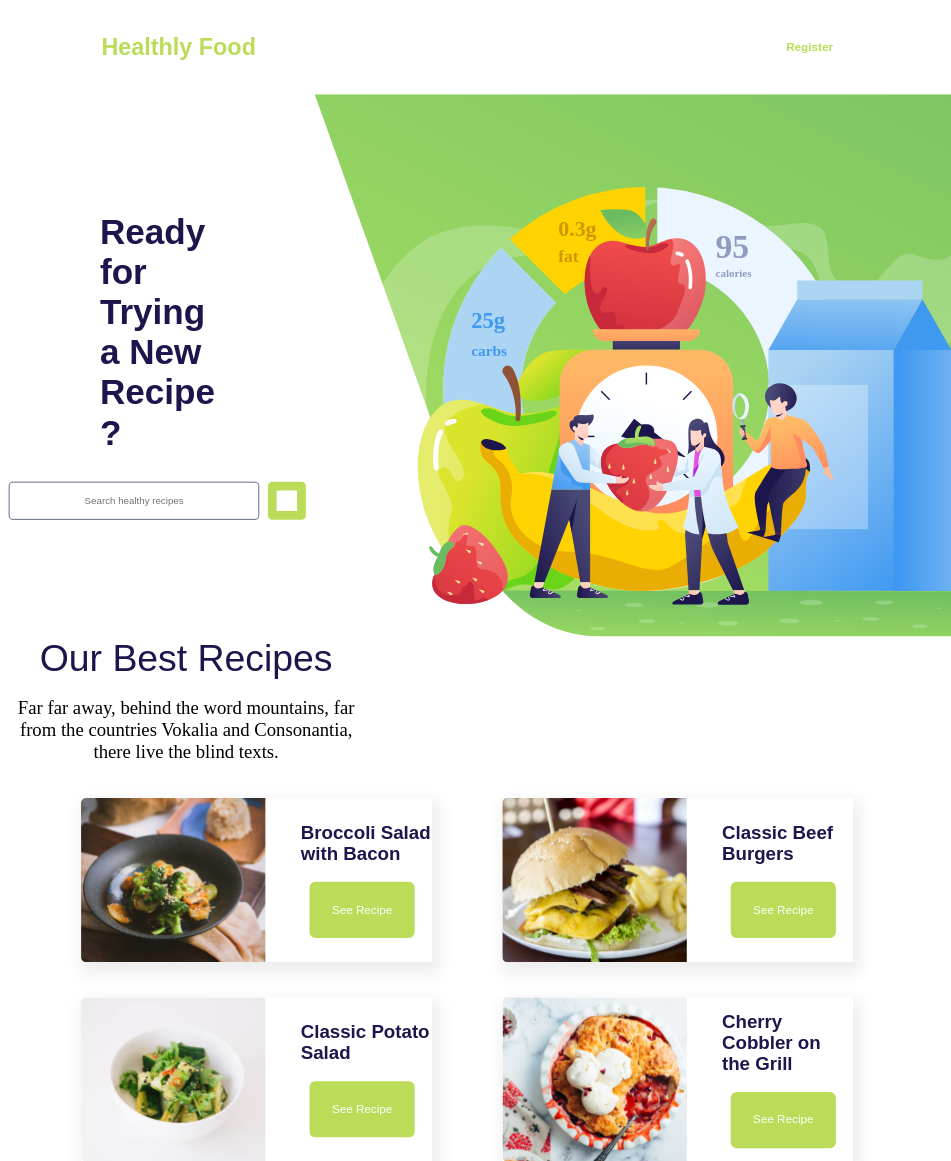
Repository: LuccaCasalecchi/HealthyFood
Page: /
An editor plug-in stored every save of this project. The page is shown before and after the next save, followed by the edit.
The browser window is 1280 px wide. The page is 1303 px wide, so the pictures cover 1303 px, including what lies to the right of the window. The pictures show the whole page, at 73% of full size.
The project was rebuilt for these pictures with package versions that can differ from the ones it lists, and the page was loaded fresh each time.

Above is the page before, as saved 2021-08-18 17:34:01.

### src/App.js
import React from 'react'
import LandingPage from './pages/LandingPage/LandingPage';

function App() {
  return (
    <div className="App">
      <LandingPage/>
    </div>
  );
}

export default App;

### src/pages/LandingPage/LandingPage.jsx
import React from "react";
import "./LandingPage.css";
import Recipes from "../../components/Recipes/Recipes";
import Main from "../../components/Main/Main";

export default function LandingPage() {
  return (
    <>
      <Main/>
      <Recipes/>
    </>
  );
}

### src/pages/LandingPage/LandingPage.css
* {
  margin: 0;
  padding: 0;
  box-sizing: border-box;
  font-family: sans-serif;
}

### src/components/Recipes/Recipes.jsx
import React from "react";
import Card from '../Card/Card'

import './Recipes.css'
import FoodOne from '../../images/comida_1.svg';
import FoodTwo from '../../images/comida_2.svg';
import FoodThree from '../../images/comida_3.svg';
import FoodFour from '../../images/comida_4.svg';

export default function Recipes() {
  return (
    <section className='recipes' id='recipes'>
      <div className='recipes__introduction'>
        <p className='introduction__title'>Our Best Recipes</p>
        <p className='introduction__description'>
          Far far away, behind the word mountains,
          far from the countries Vokalia and Consonantia,
          there live the blind texts.
        </p>
      </div>
      <div className='recipes__best'>
        <Card image={FoodOne} title='Broccoli Salad with Bacon'/>
        <Card image={FoodTwo} title='Classic Beef Burgers'/>
        <Card image={FoodThree} title='Classic Potato Salad'/>
        <Card image={FoodFour} title='Cherry Cobbler on the Grill'/>
      </div>
    </section>
  );
}

### src/components/Main/Main.jsx
import React from 'react'
import Input from '../Input/Input'
import Illustration from '../../images/Illustration.svg'
import Header from '../Header/Header'
import './Main.css'

export default function Main() {
  return (
    <div>
      <Header/>
      <div className="search-recipes">
        <div className="subtitle">
          <h2>Ready for<br />Trying a New<br />Recipe ?</h2>
          <div className="input-container">
          <Input/>
          </div>
        </div>
        <img src={Illustration} alt="" />
      </div>
    </div>
  )
}

### src/components/Card/Card.jsx
import React from 'react'
import './Card.css'

export default function Card({image, title}) {
  return (
    <div>
      <article className='recipe'>
      <img className='recipe__image' src={image} alt={title}/>
      <div className="recipe__informations">
        <p className='recipe__title'>{title}</p>
        <button className='recipe__button' to='/'>See Recipe</button>
      </div>
    </article>
    </div>
  )
}

### src/components/Recipes/Recipes.css
.recipes-container{
  background-color: blue;
  width: 100%;
  display: flex;
  flex-direction: column;
  align-items: center;
  margin-bottom: 6rem;
}

.recipes__introduction {
  max-width: 510px;
}

.introduction__title {
  margin-bottom: 1.5rem;

  color: #1D164D;
  font-family: sans-serif;
  font-size: 3.2rem;
  text-align: center;
}

.introduction__description {
  color: var(--color-text);
  font-family: 'Muli';
  font-size: 1.6rem;
  text-align: center;
}

.recipes__best {
  display: flex;
  flex-wrap: wrap;
  justify-content: center;
}

### src/components/Input/Input.jsx
import React from 'react'
import './Input.css'

export default function Input() {
  return (
    <div className="input-container">
      <input
      type="text"
      placeholder="Search healthy recipes"/>

      <button></button>
    </div>
  )
}

### src/components/Header/Header.jsx
import React from 'react'
import './Header.css'

export default function Header() {
  return (
    <div className="header-container">
        <a href="#" className="logo">Healthly Food</a>
        <a href="#" className="register">Register</a>
    </div>
  )
}

### src/components/Main/Main.css
.search-recipes {
  display: flex;
  justify-content: space-between;
  align-items: center;
}

.subtitle {
  display: flex;
  justify-content: center;
  align-items: center;
  flex-direction: column;
}

.subtitle h2 {
  font-size: 48px;
  color: #1d164d;
  text-align: left;
  padding: 0px 137px 40px;
}

### src/components/Card/Card.css
.recipe {
  display: flex;
  align-items: center;
  margin: 3rem 3rem 0 3rem;
  box-shadow: 5px 10px 20px 6px rgba(0,0,0,0.07);
}

.recipe__image {
  max-width: 253px;
  max-height: 225px;
}

.recipe__informations {
  max-width: 180px;
  display: flex;
  flex-direction: column;
  margin-left: 3rem;
}

.recipe__title {
  margin-bottom: 1.5rem;
  color: #1D164D;
  font-family: sans-serif;
  font-size: 1.6rem;
  font-weight: 700;
}

.recipe__button {
  width: 80%;
  height: 4.8rem;
  display: flex;
  justify-content: center;
  align-items: center;
  background: #BADC58;
  color: white;
  border-radius: .5rem;
  font-family: sans-serif;
  font-size: 1rem;
  text-decoration: none;
}

### src/components/Input/Input.css
.input-container{
  display: flex;
  justify-content: center;
  align-items: center;
  padding: 0px;
}

input{
  width: 343px;
  height: 52px;
  border-radius: 6px;
  border: 1px solid #2D3561;
  text-align: center;
}

button{
  width: 52px;
  height: 52px;
  background-color: white;
  border: 12px solid #BADC58;
  border-radius: 6px;
  padding: 0px 12px;
  margin-left: 12px;
}

### src/components/Header/Header.css
.header-container{
  display: flex;
  justify-content: space-between;
  align-items: center;
  padding: 46px 0;
}

.header-container a {
  text-decoration: none;
  color: #BADC58;
  font-weight: 700;
  padding: 0 139px;
}

.header-container .logo{
  font-size: 32px;

}

.header-container .register{
  font-size: 16px;

}

Loaded but not shown: public/index.html (common file); src/index.js (common file)

After the next save:
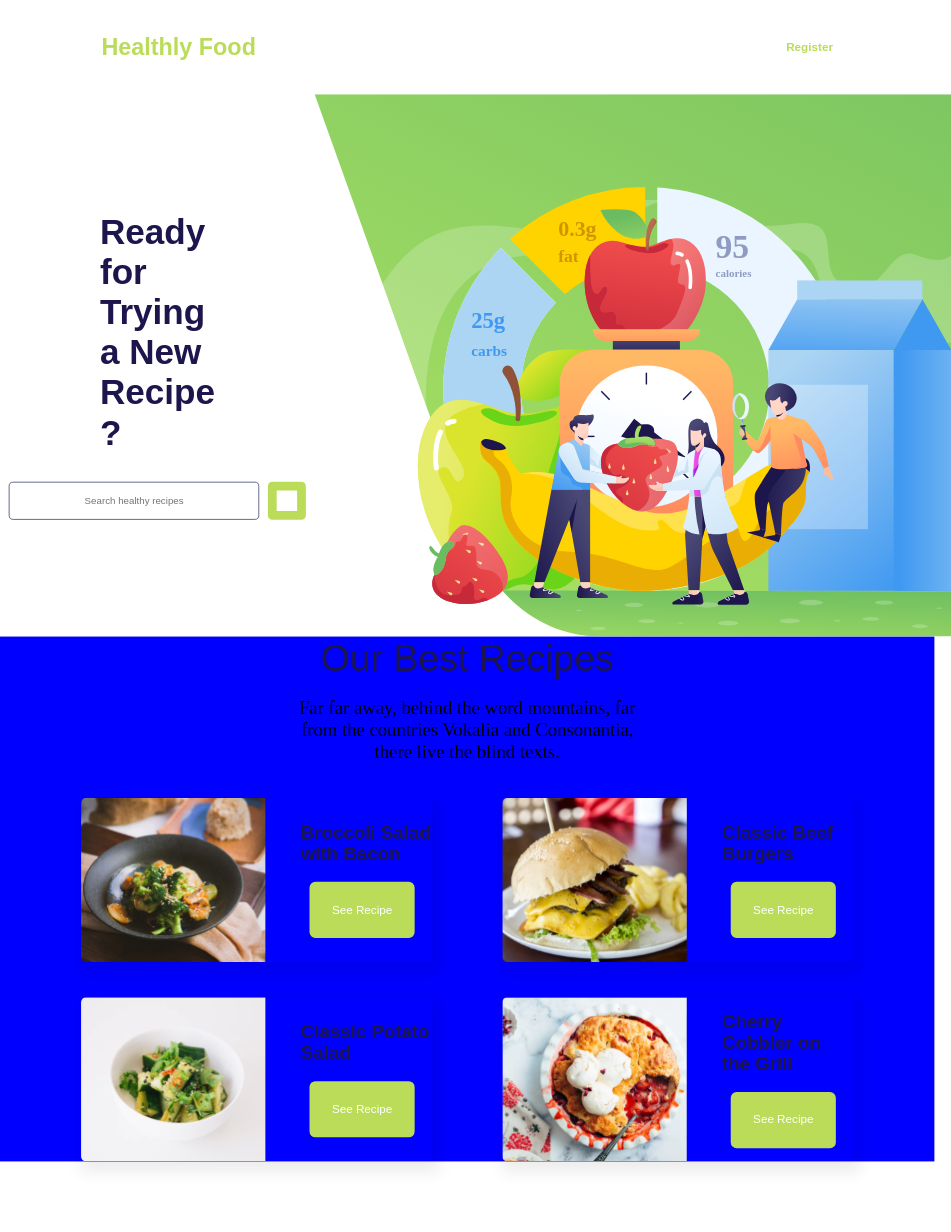
Saved 49 s later.
--- a/src/components/Recipes/Recipes.css
+++ b/src/components/Recipes/Recipes.css
@@ -1,4 +1,4 @@
-.recipes-container{
+.recipes{
   background-color: blue;
   width: 100%;
   display: flex;
